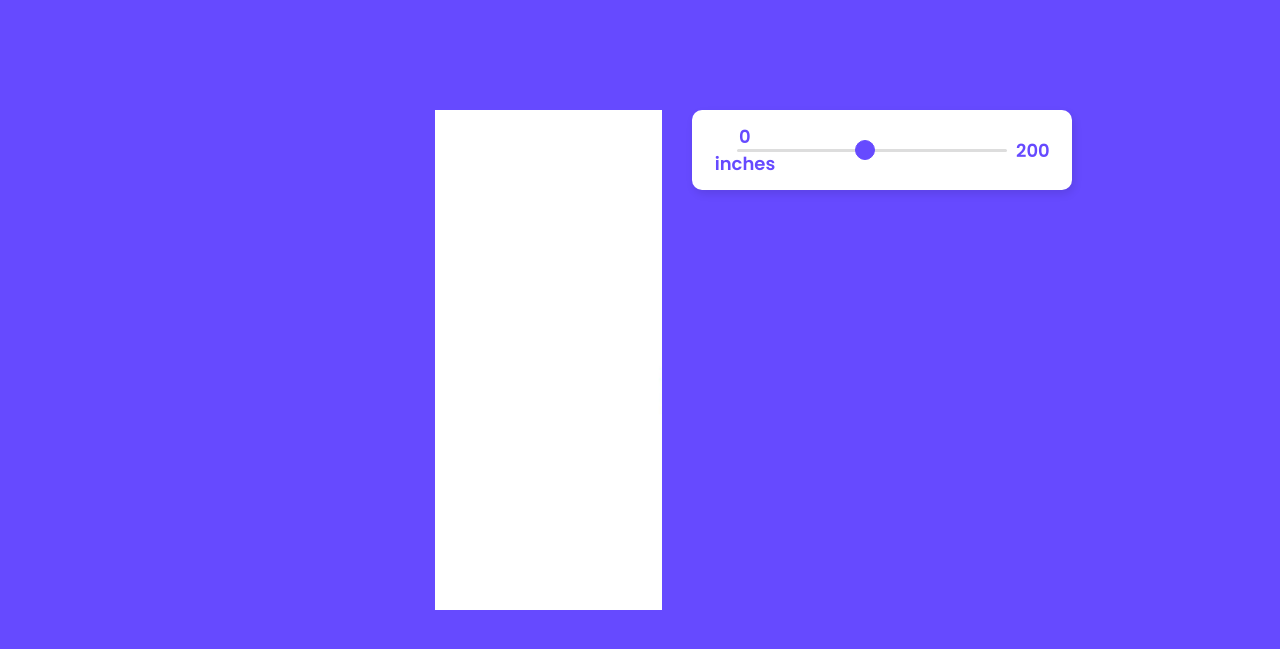
Repository: Awaisp-irfan/fahad-project
Page: text.html
These files come from the project's save history. The page is drawn as it stood at one moment and after the next save; the edit follows.
The browser window is 1280 px wide. The pictures show the whole page.

Above is the page before, as saved 2022-06-30 11:05:38.

After the next save:
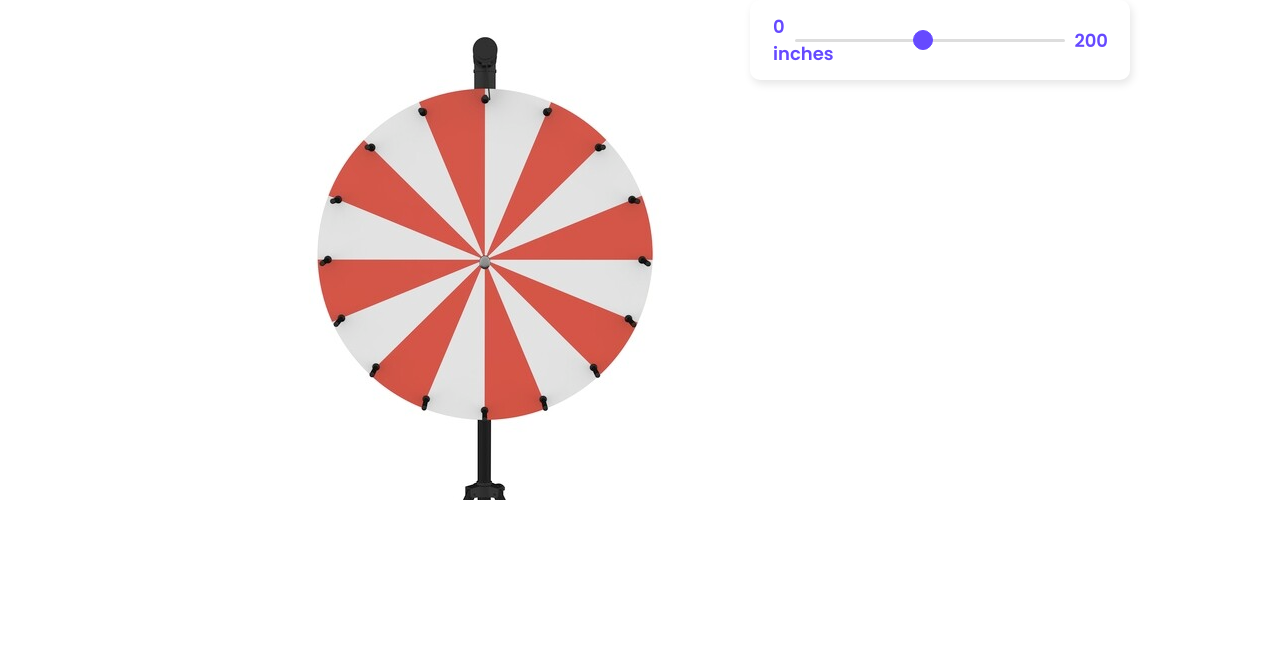
Saved 16 min 48 s later.
--- a/style.css
+++ b/style.css
@@ -6,13 +6,7 @@
   box-sizing: border-box;
   font-family: 'Poppins', sans-serif;
 }
-html,body{
-  display: grid;
-  height: 100%;
-  text-align: center;
-  place-items: center;
-  background: #664AFF;
-}
+
 .range{
   height: 80px;
   width: 380px;
